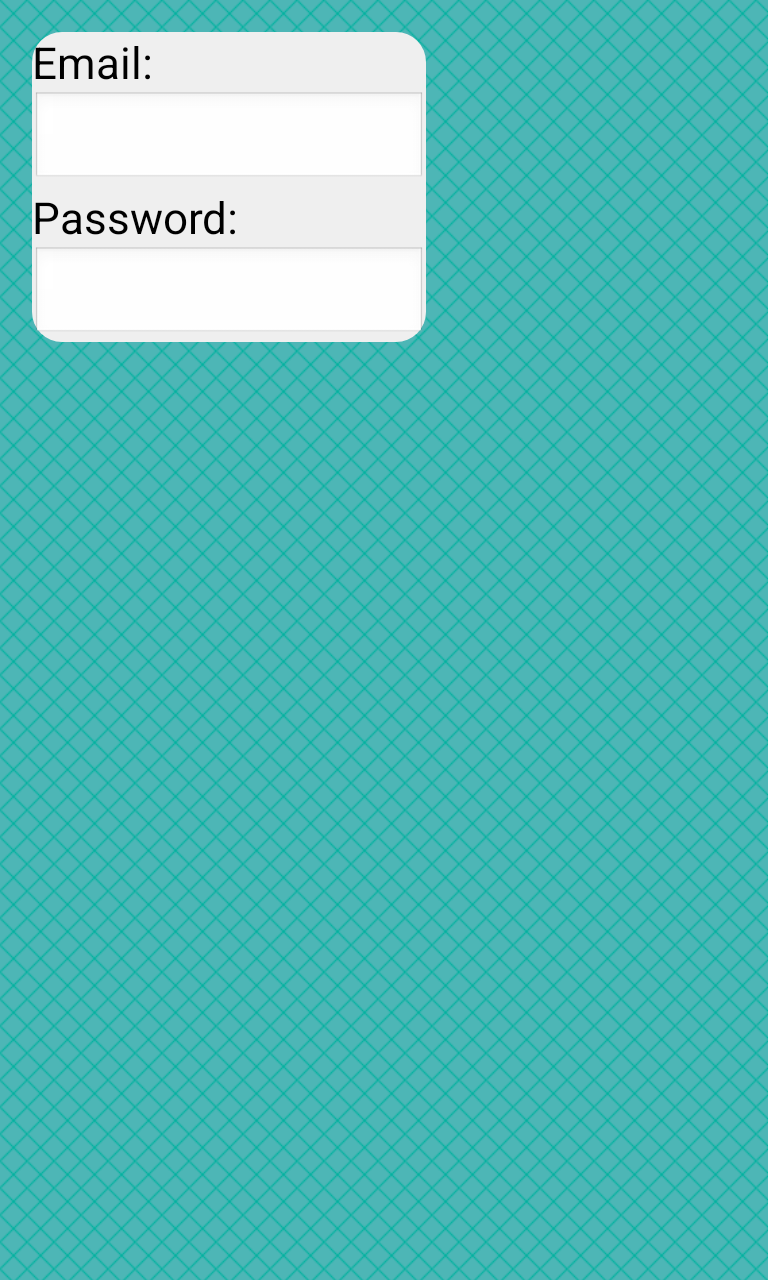
Repository: ppamorim/Coderock-X
Layout: workspace-Android/teste1/res/layout/activity_login.xml
These files come from the project's save history. The layout is drawn as it stood at one moment and after the next save; the edit follows.
It is drawn on a 768 x 1280 px phone screen (xhdpi) without system bars, with theme android:Theme.NoTitleBar; the app's code is not run.

Above is the layout before, as saved 2014-01-05 05:58:56.

### workspace-Android/teste1/res/layout/activity_login.xml
<?xml version="1.0" encoding="utf-8"?>
<LinearLayout xmlns:android="http://schemas.android.com/apk/res/android"
    xmlns:tools="http://schemas.android.com/tools"
    android:id="@+id/LinearLayout1"
    android:layout_width="match_parent"
    android:layout_height="match_parent"
    android:background="@drawable/background"
    android:orientation="vertical"
    android:paddingBottom="@dimen/activity_vertical_margin"
    android:paddingLeft="@dimen/activity_horizontal_margin"
    android:paddingRight="@dimen/activity_horizontal_margin"
    android:paddingTop="@dimen/activity_vertical_margin"
    tools:context=".MainActivity" >

	<!-- <View
        android:id="@+id/spacer1"
        android:layout_width="wrap_content"
        android:layout_height="0dp"
        android:layout_gravity="center_horizontal"
        android:layout_weight="0.18"
        android:background="@layout/rounded" />-->

    <FrameLayout
        android:layout_width="197dp"
        android:layout_height="wrap_content"
        android:layout_gravity="center"
        android:background="@layout/rounded"
        android:layout_gravity = "center_vertical">

        <LinearLayout
            android:layout_width="match_parent"
            android:layout_height="match_parent"
            android:orientation="vertical" >

            <TextView
                android:id="@+id/textView1"
                android:layout_width="wrap_content"
                android:layout_height="wrap_content"
                android:text="@string/Email"
                android:textColor="#000"
                android:textAppearance="?android:attr/textAppearanceLarge" />

            	<EditText
            	android:id="@+id/editText1"
            	android:layout_width="match_parent"
            	android:layout_height="wrap_content"
            	android:ems="10" />

            <TextView
                android:id="@+id/textView2"
                android:layout_width="wrap_content"
                android:layout_height="wrap_content"
                android:text="@string/Password"
                android:textColor="#000"
                android:textAppearance="?android:attr/textAppearanceLarge" />

        <EditText
            android:id="@+id/editText1"
            android:layout_width="match_parent"
            android:layout_height="wrap_content"
            android:ems="10" >
        </EditText>
        </LinearLayout>

    </FrameLayout>

</LinearLayout>

### workspace-Android/teste1/res/drawable-hdpi/background.xml
<?xml version="1.0" encoding="utf-8"?>
<bitmap xmlns:android="http://schemas.android.com/apk/res/android"
  android:src="@drawable/bg"
  android:tileMode="repeat" />

### workspace-Android/teste1/res/layout/rounded.xml
<?xml version="1.0" encoding="utf-8"?>
<layer-list xmlns:android="http://schemas.android.com/apk/res/android">
    <item>
        <shape android:shape="rectangle" >
            <corners android:radius="15dip" />
            <solid android:color="#efefef" />
            <stroke android:width="0dp" android:color="#bebfc1"/>
        </shape>
    </item>
</layer-list>

### workspace-Android/teste1/res/values/strings.xml
<?xml version="1.0" encoding="utf-8"?>
<resources>

    <string name="app_name">Feel</string>
    <string name="action_settings">Settings</string>
    <string name="hello_world">Hello world!</string>
    <string name="Email">Email:</string>
    <string name="Password">Password:</string>
    <string name="Resultado">Resultado:</string>
    <string name="BotaoSomar">Somar</string>
    <string name="BotaoSub">Subtrair</string>
    <string name="BotaoMulti">Multiplicar</string>
    <string name="BotaoDividir">Dividir</string>

</resources>

Loaded but not shown: workspace-Android/teste1/res/values/dimens.xml (common file)

After the next save:
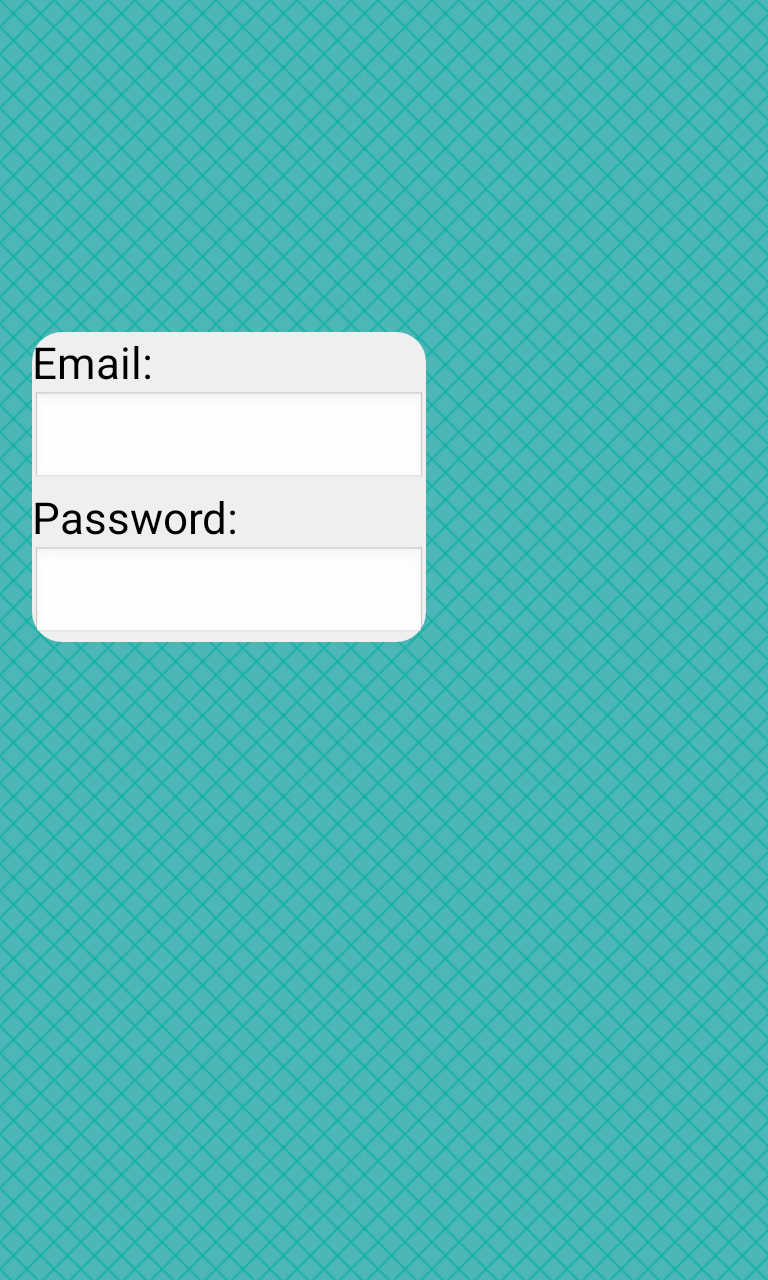
Saved 21 s later.
--- a/workspace-Android/teste1/res/layout/activity_login.xml
+++ b/workspace-Android/teste1/res/layout/activity_login.xml
@@ -25,6 +25,7 @@
         android:layout_height="wrap_content"
         android:layout_gravity="center"
         android:background="@layout/rounded"
+        android:layout_marginTop="150dp"
         android:layout_gravity = "center_vertical">
 
         <LinearLayout
